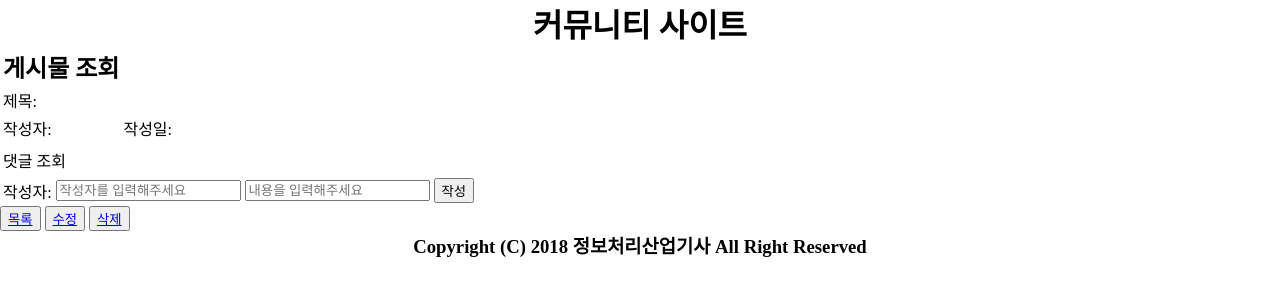
Repository: Tor1a/SpringSet
Page: http://localhost/practice01/WEB-INF/views/post/Lookup.jsp
An editor plug-in stored every save of this project. The page is shown before and after the next save, followed by the edit.
The browser window is 1280 px wide. The pictures show the whole page.
The page is served by Tomcat 9. Nobody is signed in. Other server files are loaded and not shown. The template is opened directly, without the code that normally fills it, so the values that code supplies are empty.

Above is the page before, as saved 2022-04-15 06:41:35.

### practice01/src/main/webapp/WEB-INF/views/post/Lookup.jsp
<%@ page language="java" contentType="text/html; charset=UTF-8"    pageEncoding="UTF-8"%>
<%@ taglib prefix="c" uri="http://java.sun.com/jsp/jstl/core" %>
<%@ include file="../include/header.jsp" %>

<script src="${pageContext.request.contextPath}/resources/js/post/commentAdd.js"></script>
	<table>
		<thead>
			<tr>
				<td><h2>게시물 조회</h2></td>
			</tr>
		</thead>
		<tbody>
			<tr>
				<td>제목: ${vo.subject}</td>
			</tr>
			<tr>
				<td>작성자: ${vo.writer}</td>
				<td>작성일: ${vo.date}</td>
			</tr>
			<tr>
				<td>${vo.content}</td>
			</tr>
			<tr><td>댓글 조회</td></tr>
			<c:forEach var="list" items="${list}">
				<tr>
					<td>
						${list.writer} / ${list.content} / ${list.date} / <a href="CommentDel.do?idx=${list.bidx}&bidx=${vo.idx}">삭제</a>
					</td>
				</tr>
			</c:forEach>
		</tbody>
		<form id="commentAddForm">
			<input type="hidden" name="bidx" value="${vo.idx}" >
			<table>
				<tr>
					<td>작성자:</td>
					 <td><input type="text" id ="cmWriter" name="writer" placeholder="작성자를 입력해주세요"></td>
					 <td><input type="text" id ="cmContent" name="content" placeholder="내용을 입력해주세요"></td>
					 <td><input type="button" value="작성" onclick="addCheck()"></td>
				</tr>
			</table>
		</form>
		<tr>
		<button><a href="/controller">목록</a></button>
		<button><a href="updatForm.do?idx=${vo.idx}">수정</a></button>
		<button><a href="delete.do?idx=${vo.idx}">삭제</a></button>
		</tr>
	</table>


<%@ include file="../include/footer.jsp" %>

### practice01/src/main/webapp/WEB-INF/views/include/header.jsp
<%@ page language="java" contentType="text/html; charset=UTF-8"    pageEncoding="UTF-8"%>
<%@ taglib prefix="c" uri="http://java.sun.com/jsp/jstl/core" %>
<%@ taglib prefix="fmt" uri="http://java.sun.com/jsp/jstl/fmt" %>

<!DOCTYPE html>
<html>
<head>

<meta charset="UTF-8">
<script src="${pageContext.request.contextPath}/resources/js/jquery-3.6.0.min.js">
</script>
<link rel="stylesheet" href="${pageContext.request.contextPath}/resources/css/header.css">

</head>
<body>

    <h1>커뮤니티 사이트</h1>

### practice01/src/main/webapp/WEB-INF/views/include/footer.jsp
<%@ page language="java" contentType="text/html; charset=UTF-8"    pageEncoding="UTF-8"%>
<link rel="stylesheet" href="${pageContext.request.contextPath}/resources/css/footer.css">


<h3>Copyright (C) 2018 정보처리산업기사 All Right Reserved</h3>

</body>
</html>

### practice01/src/main/webapp/resources/css/header.css
@charset "UTF-8";
body, h1, h2, h3, h4, h5, p, ul, li, ol, dd, dt, dl { padding: 0; margin: 0; }

ul {list-style: none;}

a:hover{text-decoration: none;}

body{height: 100%;}

.sub{dispaly:flex; justify-content: space-between; flex-direction: row; flex-wrap: nowrap;}
.mainMenu {display: flex; justify-content: space-around; flex-direction: row; flex-wrap: nowrap;}

h1 {text-align: center;}

### practice01/src/main/webapp/resources/js/post/commentAdd.js
function addCheck(){
	if($("#cmWriter").val() == ""){
		alert("작성자를 입력해주세요");
		$("#cmWriter").focus();
		return;
	}else if($("#cmContent").val() == ""){
		alert("내용을 입력해주세요");
		$("#cmContent").focus();
		return;
	}else{
		var form = document.getElementById('commentAddForm');
		form.action="CommentAdd.do";
		form.method = "POST";
		form.submit();
	}
}

### practice01/src/main/webapp/resources/css/footer.css
@charset "UTF-8";
body, h1, h2, h3, h4, h5, p, ul, li, ol, dd, dt, dl { padding: 0; margin: 0; }

ul {list-style: none;}

a:hover{text-decoration: none;}

body{height: 100%;}

h3 {text-align: center;}

Loaded but not shown: practice01/src/main/webapp/resources/js/jquery-3.6.0.min.js (library)

After the next save:
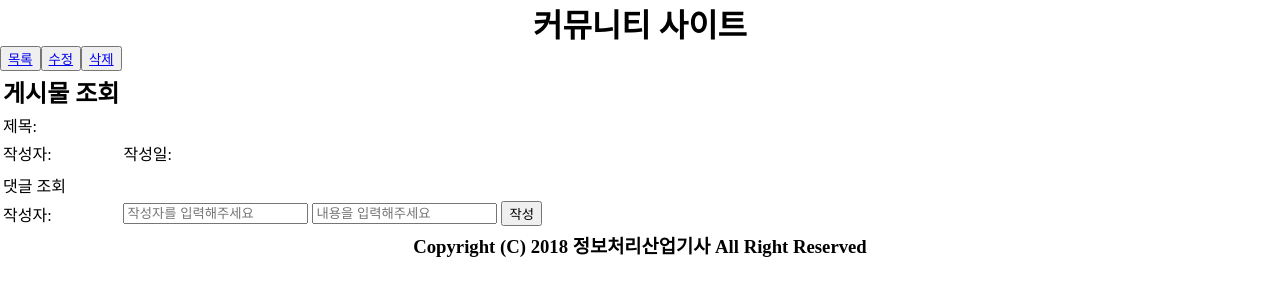
Saved 44 s later.
--- a/practice01/src/main/webapp/WEB-INF/views/post/Lookup.jsp
+++ b/practice01/src/main/webapp/WEB-INF/views/post/Lookup.jsp
@@ -31,14 +31,14 @@
 		</tbody>
 		<form id="commentAddForm">
 			<input type="hidden" name="bidx" value="${vo.idx}" >
-			<table>
+
 				<tr>
 					<td>작성자:</td>
 					 <td><input type="text" id ="cmWriter" name="writer" placeholder="작성자를 입력해주세요"></td>
 					 <td><input type="text" id ="cmContent" name="content" placeholder="내용을 입력해주세요"></td>
 					 <td><input type="button" value="작성" onclick="addCheck()"></td>
 				</tr>
-			</table>
+
 		</form>
 		<tr>
 		<button><a href="/controller">목록</a></button>
